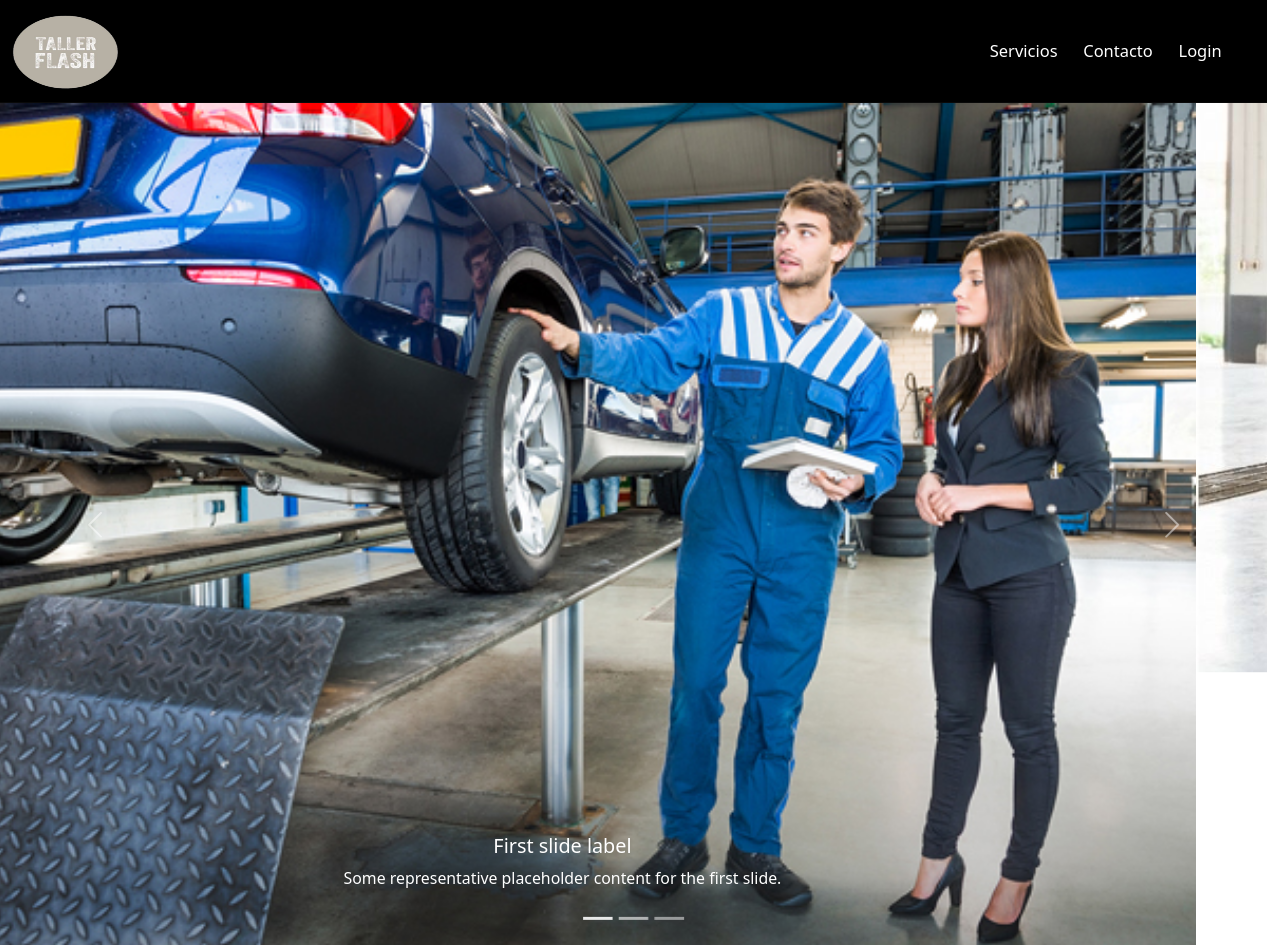
Repository: nder1996/Boostrap.Taller.Arquitectura
Page: Index.html
An editor plug-in stored every save of this project. The page is shown before and after the next save, followed by the edit.
The browser window is 1280 px wide. The pictures show the whole page, at 99% of full size.

Above is the page before, as saved 2021-07-23 05:57:42.

After the next save:
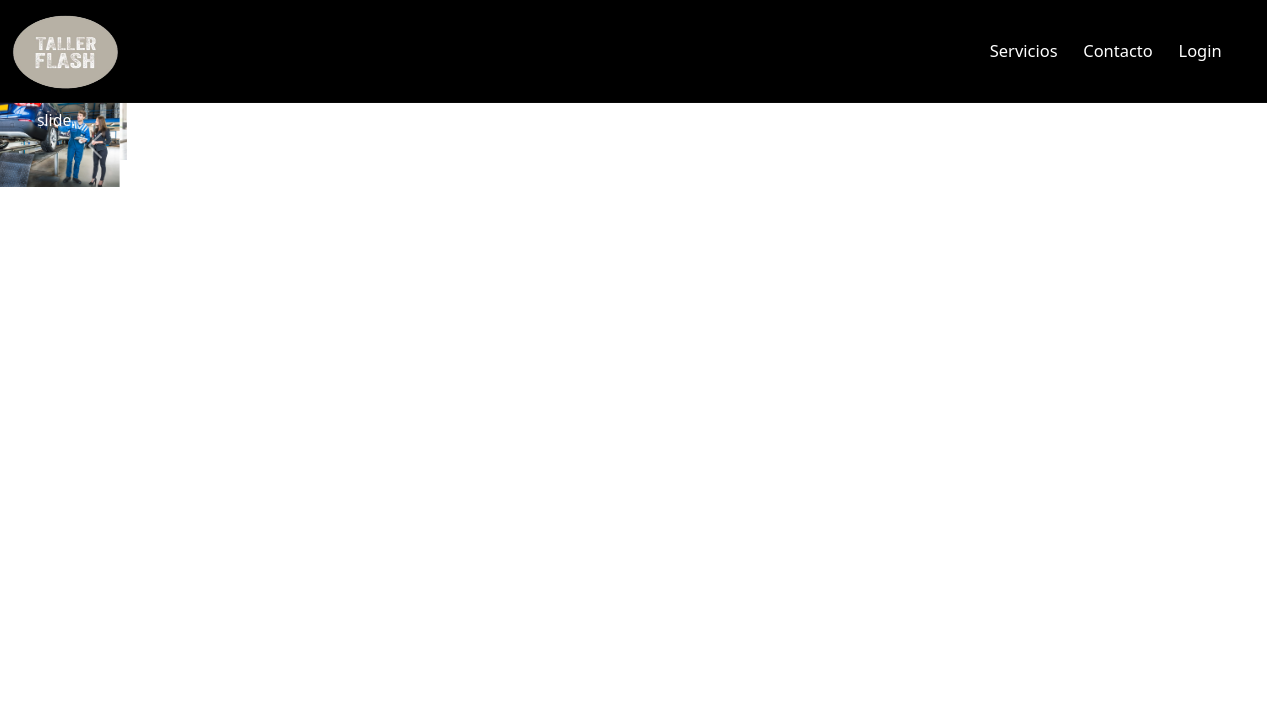
Saved 20 s later.
--- a/css/style.css
+++ b/css/style.css
@@ -15,5 +15,5 @@
 
 .carousel-inner{
     position:relative;
-
+    width: 128px;
 }

After the 2 saves that followed:
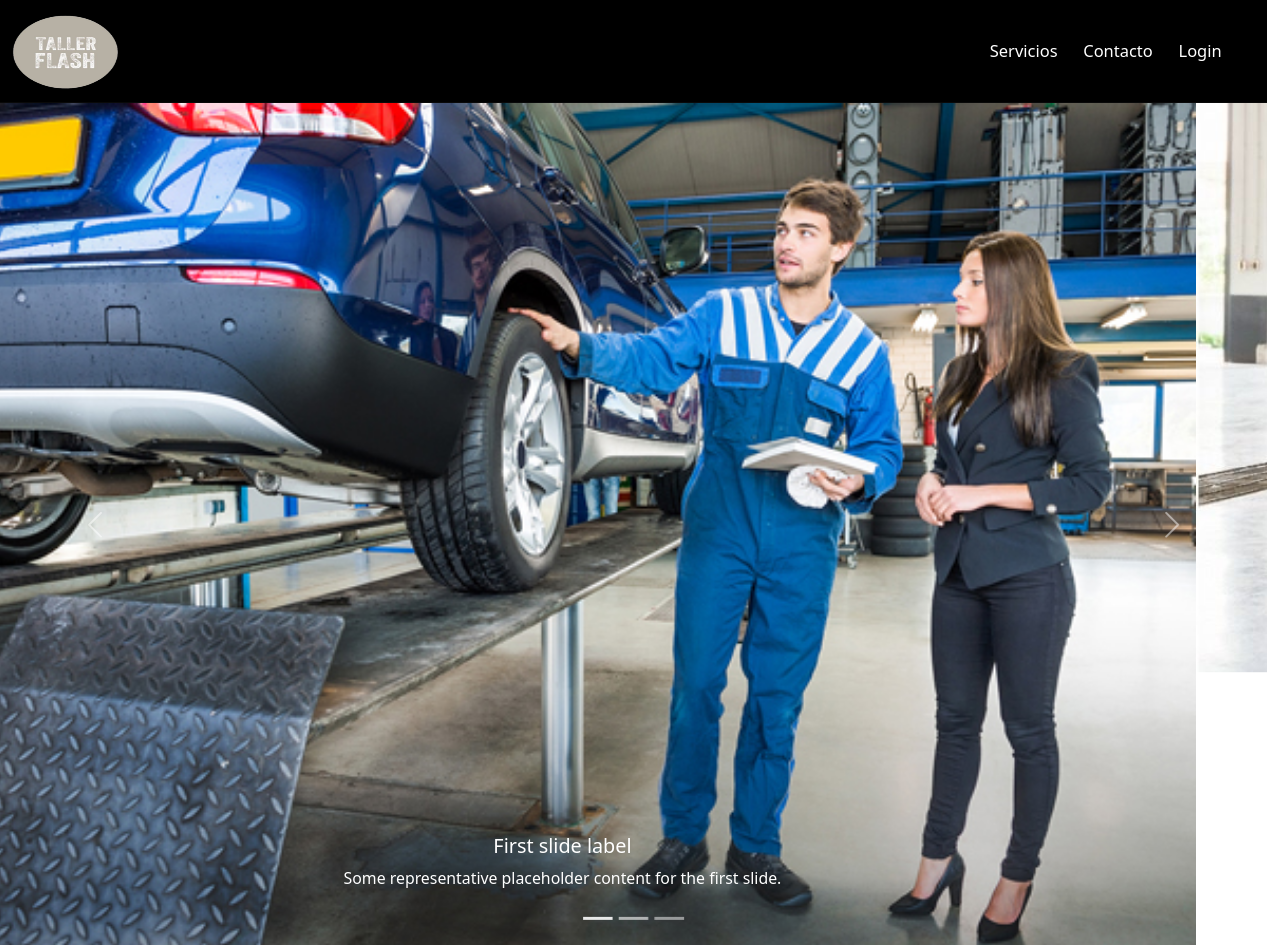
The 2 saves are shown as one change because they came seconds apart.
The last was saved 10 s later.
--- a/css/style.css
+++ b/css/style.css
@@ -15,5 +15,5 @@
 
 .carousel-inner{
     position:relative;
-    width: 128px;
+    width: 100x;
 }
